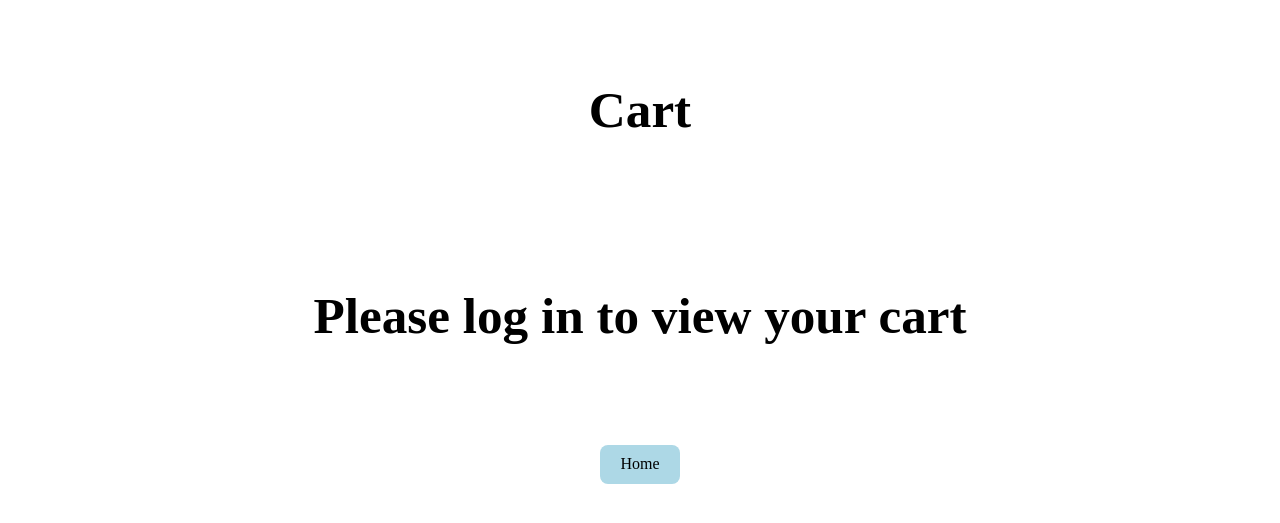
Repository: Andres513/CapStone
Page: /cart
The author's editor kept a copy of each file at every save. The page is drawn from the files as they stood at one save, then again after the next save.
The browser window is 1280 px wide. The pictures show the whole page.
The project was rebuilt for these pictures with package versions that can differ from the ones it lists, and the page was loaded fresh each time. Also part of the build but not shown: vite.config.js, src/components/Login.jsx, src/components/Categories.jsx, src/components/FetchProducts.jsx, src/components/SingleProduct.jsx, src/components/ProductsByCategory.jsx, src/components/LoggedOut.jsx, src/components/Checkout.jsx.

Above is the page before, as saved 2024-04-11 11:04:42.

After the next save:
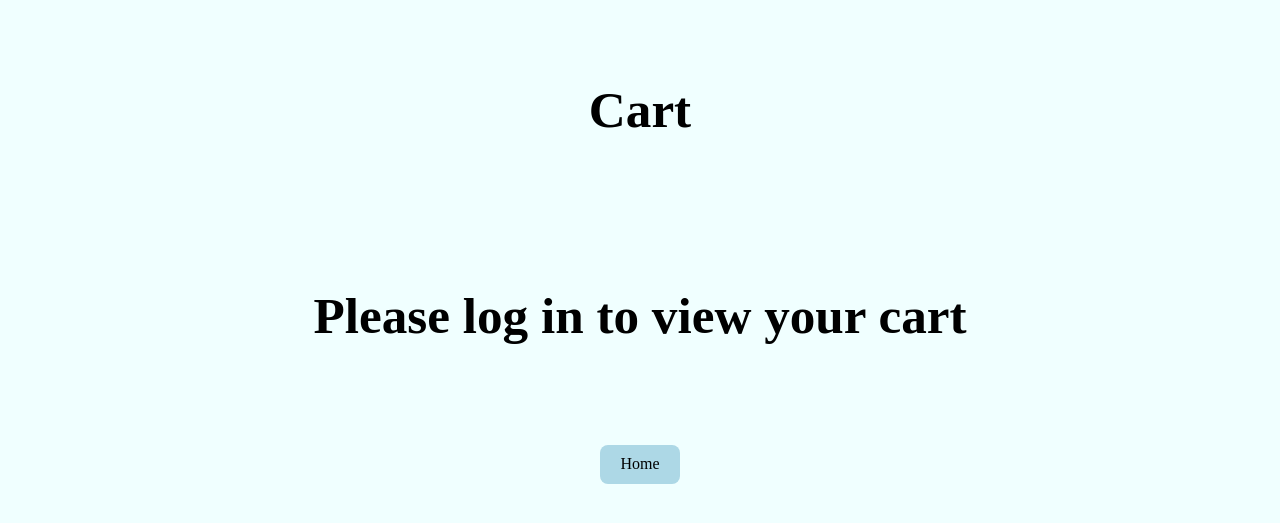
Saved 94 s later.
--- a/src/index.css
+++ b/src/index.css
@@ -3,6 +3,7 @@
   margin: 0;
   padding: 0;
   box-sizing: border-box;
+  background-color: azure;
 }
 h1 {
   font-size: 3.2em;
